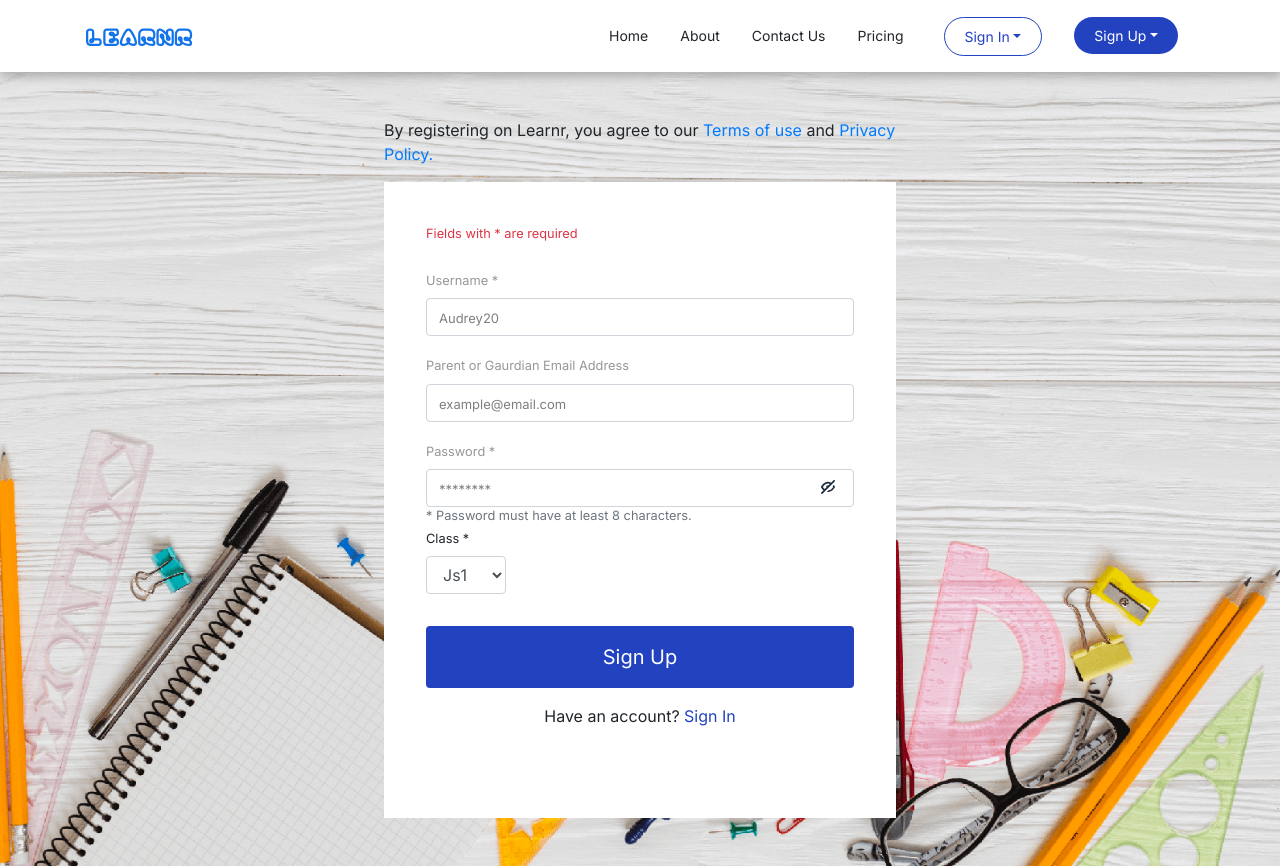
Repository: LearnrApp/Learnr-web-app-FE
Page: /students/signup
These files come from the project's save history. The page is drawn as it stood at one moment and after the next save; the edit follows.
The browser window is 1280 px wide. The pictures show the whole page.
The project was rebuilt for these pictures with package versions that can differ from the ones it lists, and the page was loaded fresh each time. Also part of the build but not shown: src/components/Footer.js, src/components/Header/Button.js, src/components/Header/Background.js, src/components/SubjectCard.js, src/components/classSelect/WelcomeJs1.js, src/components/classSelect/WelcomeJs2.js, src/components/classSelect/WelcomeJs3.js, src/components/classSelect/WelcomeSs1.js and 43 more.

Above is the page before, as saved 2020-08-13 11:53:40.

### public/index.html
<!DOCTYPE html>
<html lang="en">
  <head>
    <meta charset="utf-8" />
    <link rel="icon" href="%PUBLIC_URL%/favicon.svg" />
    <meta name="viewport" content="width=device-width, initial-scale=1" />
    <!-- <meta name="theme-color" content="#000000" /> -->
    <!-- <meta
      name="description"
      content="Web site created using create-react-app"
    /> -->
    <!-- <link rel="apple-touch-icon" href="%PUBLIC_URL%/logo192.png" /> -->
    <link href="https://fonts.googleapis.com/css2?family=Inter:wght@400;500;600;700;800&display=swap" rel="stylesheet">
    <!--
      manifest.json provides metadata used when your web app is installed on a
      user's mobile device or desktop. See https://developers.google.com/web/fundamentals/web-app-manifest/
    -->
    <link rel="manifest" href="%PUBLIC_URL%/manifest.json" />
    <!--
      Notice the use of %PUBLIC_URL% in the tags above.
      It will be replaced with the URL of the `public` folder during the build.
      Only files inside the `public` folder can be referenced from the HTML.

      Unlike "/favicon.ico" or "favicon.ico", "%PUBLIC_URL%/favicon.ico" will
      work correctly both with client-side routing and a non-root public URL.
      Learn how to configure a non-root public URL by running `npm run build`.
    -->
    <!-- <title>React App</title> -->
  </head>
  <body>
    <noscript>You need to enable JavaScript to run this app.</noscript>
    <div id="root"></div>
    <!--
      This HTML file is a template.
      If you open it directly in the browser, you will see an empty page.

      You can add webfonts, meta tags, or analytics to this file.
      The build step will place the bundled scripts into the <body> tag.

      To begin the development, run `npm start` or `yarn start`.
      To create a production bundle, use `npm run build` or `yarn build`.
    -->
  </body>
</html>

### src/pages/student/StudentSignup.js
import React, {useState} from 'react'
import Helmet from 'react-helmet'
import NavBar from '../../components/navbar/NavBar'
import Form from 'react-bootstrap/Form'
import Button from 'react-bootstrap/Button'
import '../../styles/Sign.css'
import { Link } from 'react-router-dom'
import { StudentRegister } from '../../components/Utils/RegisterUtils'


const StudentSignup = () => {
  const register = async (e) => {
    e.preventDefault()
    const username = document.getElementById('username').value
    const password = document.getElementById('password').value
    const pEmail = document.getElementById('parentEmail').value
    const statusMessage = document.getElementById('status-message')
    const id = document.getElementById('classes').value
    const idValue = document.getElementById('classes').option
    console.log(idValue)

    // const form = document.getElementById('registerStudent')
    if(username === '' && password === '') {
      statusMessage.innerHTML = 'Please fill all required fields'
      statusMessage.classList.remove('msg-show')
      statusMessage.classList.add('error-message')
      setTimeout(() => {
        statusMessage.classList.add('msg-show')
        statusMessage.classList.remove('error-message')
      }, 4000)
    } else if(username === '' || password === '') {
      statusMessage.innerHTML = 'Please fill all required fields'
      statusMessage.classList.remove('msg-show')
      statusMessage.classList.add('error-message')
      setTimeout(() => {
        statusMessage.classList.add('msg-show')
        statusMessage.classList.remove('error-message')
      }, 4000)
    } else {
      const studentData = {
        'username': username,
        'parentEmail': pEmail,
        'password': password,
        'classSelect': idValue
      }

      // let addValidation = true
      // if(form.checkValidity() === false) {
      //   e.preventDefault()
      //   e.stopPropagation()
      // } else if(form.checkValidity()) {
      //   e.preventDefault()
      // }

      try {
        const { data } = await StudentRegister(studentData, id)
        if (data.status === 'error: user-exists') {
          statusMessage.innerHTML = data.msg
          statusMessage.classList.remove('msg-show')
          statusMessage.classList.add('error-message')
          setTimeout(() => {
            statusMessage.classList.add('msg-show')
            statusMessage.classList.remove('error-message')
          }, 4000)
        } else if(data.status === 'success') {
            console.log(data)
            statusMessage.innerHTML = data.msg
            statusMessage.classList.remove('msg-show')
            statusMessage.classList.add('success-message')
          // redirect to login page
          setTimeout(() => {
            statusMessage.classList.add('msg-show')
            window.location.replace('/students/signin')
          }, 3000)
        }
      } catch(err) {
          throw err
      }
      // if (addValidation) {
      //   form.classList.add('was-validated');
      // }
    }
  }

  const [passwordShown, setPasswordShown] = useState(false);
  const togglePasswordVisiblity = () => {
    setPasswordShown(passwordShown ? false : true);
  };
  const documentTitle = 'Learnr | Student Sign Up'

  return (
    <React.Fragment>
      <Helmet>
        <title>{documentTitle}</title>
        <meta
          name="description"
          content="Student Sign up Page."
        />
      </Helmet>
      <NavBar />
      <div className="sign-bg-2 container-fluid px-0">
        <div className="container py-5">
          <div className="mx-auto signup-form--wrap">
          <p className="mx-auto">
            By registering on Learnr, you agree to our <Link className="" to="/terms-of-use">Terms of use</Link> and <Link className="" to="/privacy-policy">Privacy Policy.</Link>
          </p>
            <div className="bg-white signup-form">
              <span className="text-danger small mb-4 d-block">Fields with * are required</span>
              <Form id="registerStudent" className="">
                {/* <Form.Group controlId="formBasicFullName">
                  <Form.Label className="small">Full Name *</Form.Label>
                  <Form.Control type="text" placeholder="Audrey Sam" />
                </Form.Group> */}

                <Form.Group controlId="">
                  <div id="status-message" className="msg-show"></div>
                  <Form.Label style={{color: '#979797'}} className="small">Username *</Form.Label>
                  <Form.Control id="username" type="text" placeholder="Audrey20" />
                </Form.Group>

                <Form.Group controlId="">
                  <Form.Label style={{color: '#979797'}} className="small">Parent or Gaurdian Email Address</Form.Label>
                  <Form.Control id="parentEmail" type="email" placeholder="example@email.com" />
                </Form.Group>

                <Form.Group className="m-0" controlId="">
                  <Form.Label style={{color: '#979797'}} className="small">Password *</Form.Label>
                  <Form.Control id="password" type={passwordShown ? "text" : "password"} placeholder="********" minLength='8' />
                  <img onClick={togglePasswordVisiblity} className="togglePassword" src={require('../../images/eye-hide.svg')} alt="" />
                  <Form.Text className="text-muted" style={{marginTop: '-25px'}}>
                    * Password must have at least 8 characters.
                  </Form.Text>
                </Form.Group>
                {/* <Form.Group controlId="formBasicCheckbox">
                  <Form.Check className="small" type="checkbox" label="Show password" />
                </Form.Group> */}

                <div className="d-flex justify-content-between">
                  {/* <Form.Group controlId="sex.ControlSelect">
                    <Form.Label className="small">Sex *</Form.Label>
                    <Form.Control as="select">
                      <option>Female</option>
                      <option>Male</option>
                      <option>Prefer not to say</option>
                    </Form.Control>
                  </Form.Group> */}
                  <Form.Group controlId="class.ControlSelect">
                    <label className="small text-right">Class *</label>
                    <select id="classes" className="form-control">
                      <option value="5f3380f4a21afc4bbccf84a0">Js1</option>
                      <option>Js 2</option>
                      <option>Js 3</option>
                      <option>Ss 1</option>
                      <option>Ss 2</option>
                      <option>Ss 3</option>
                    </select>
                  </Form.Group>
                </div>
                <Button onClick={(e) => register(e)} style={{fontSize: '20px'}} className="general-btn-2 my-3 py-3" type="submit">
                  Sign Up
                </Button>
              </Form>
              <span className="text-center d-block pb-5">Have an account? <Link style={{color: '#2342C0'}} to="/students/signin">Sign In</Link></span>
            </div>
          </div>
        </div>
      </div>
    </React.Fragment>
  )
}

export default StudentSignup

### src/styles/Sign.css
* {
  font-family: 'Inter', sans-serif;
}
@import url('https://fonts.googleapis.com/css2?family=Inter:wght@400;500;600;700;800&display=swap');

.demo-category {
  font-weight: 700 !important;
  color: #212429;
  font-size: 24px;
}
.sign-bg {
  background-image: url(../images/sign-bg.png);
  background-repeat: no-repeat;
  background-size: cover;
  padding-top: 70px;
  padding-bottom: 30px;
  height: max-content;
}
.sign-bg-2 {
  background-image: url(../images/sign-bg.png);
  background-repeat: no-repeat;
  background-size: cover;
  padding-top: 70px;
  height: max-content;
}
.admin-bg {
  background-image: linear-gradient(rgba(0, 0, 0, 0.5), rgba(0, 0, 0, 0.5)), url(../images/admin-bg.jpg);
  background-repeat: no-repeat;
  background-size: cover;
  margin-top: 70px;
  height: 100vh;
}
.signup-form--wrap {
  width: 40vw;
  max-width: 576px;
}
.signup-form {
  padding: 42px;
  animation-name: slide-down;
  animation-duration: 1.5s;
  transition-timing-function: ease-out;
}
@keyframes slide-down {
  from{transform: translateY(-1200px);}
  to{transform: translateY(0);}
}
.hLine {
  display: inline-block;
  height: 2px;
  width: 11vw;
  max-width: 180px;
  background-color: #E5E5E5;
}
.track-text {
  font-size: 18px;
  font-weight: 800 !important;
  text-align: center;
}
.togglePassword {
  position: relative;
  left: 92%;
  top: -33px;
  cursor: pointer;
}
.general-btn-2 {
  box-sizing: border-box !important;
  background-color: #2342C0 !important;
  color: #fff;
  border-radius: 4px !important;
  width: 100%;
  border: none !important;
}
.general-btn-2:hover {
  color: #2342C0 !important;
  background-color: #fff !important;
  border: 1px solid #2342C0 !important;
  font-weight: 500 !important;
}
::placeholder {
  color: #000 !important;
  opacity: 0.5 !important;
}
@media (max-width: 991px) {
  .signup-form--wrap {
    width: 50vw;
  }
  .hLine {
    width: 14vw;
  }
}
@media (max-width: 768px) {
  .signup-form--wrap {
    width: 65vw;
  }
  .hLine {
    width: 18vw;
  }
}
@media (max-width: 576px) {
  .signup-form--wrap {
    width: 80vw;
  }
  .hLine {
    width: 23vw;
  }
}
@media (max-width: 480px) {
  .signup-form--wrap {
    width: 90vw;
  }
  .signup-form {
    padding: 20px !important;
  }
  .hLine {
    width: 28vw;
  }
}

### src/styles/UserDashboard.css
* {
  font-family: 'Inter', sans-serif;
}
@import url('https://fonts.googleapis.com/css2?family=Inter:wght@400;500;600;700;800&display=swap');

.dash-wrap {
  margin-top: 70px;
  /* background-color: #F6F6F6; */
  background-image: linear-gradient(#F6F6F6, #F6F6F6);
  background-size: cover;
  height: max-content;
}
.sidebar--wrap {
  background-color: #363740;
  background-size: cover;
  position: fixed;
  height: 100vh;
  width: 18vw ;
}
.sidebar--item {
  cursor: pointer
}
.sidebar--item--active {
  cursor: pointer;
  background-color: #F6F6F6;
}
.sidebar--item:hover {
  background-color: #F6F6F6;
}
.sidebar--greet {
  border-bottom: 1px solid #fff;
}
.main--wrap {
  margin-left: 18vw;
}
.info-wrap {
  border-bottom: 1px solid #E5E5E5;
}
.logout-link {
  display: none;
}
.my-courses-wrap {
  display: grid !important;
  grid-template-columns: 1fr 1fr;
  grid-gap: 10px;
}
.bottom-navigate {
  display: none;

}
.bottom-nav {
  padding: 8px 12px;
}
.bottom-text {
  font-size: 0.9rem;
  color: #A4A6B3;
}
.bottom-icon{
  margin-right: 16px;
}
.all-courses {
  display: flex;
  justify-content: space-between;
}
.addchild-btn {
  background-color: #2342C0;
  color: #fff;
  border-radius: 20px;
  padding: 8px 32px;
  text-decoration: none !important;

}
.addchild-btn:hover {
  color: #2342C0;
  animation-name: fade-bgbtn;
  animation-duration: 0.5s;
  animation-fill-mode: forwards;
  border: 1px solid #2342C0;
}
.admin-message-bubble {
  background-color: #2342C0;
  width: fit-content;
  padding: 15px 20px;
  margin: 20px 0;
  border-radius: 10px 10px 10px 0;
  margin-right: auto;
}
.user-message-bubble {
  background-color: #403D58;
  width: fit-content;
  padding: 15px 20px;
  margin: 20px 0;
  border-radius: 10px 10px 0px 10px;
  margin-left: auto;
}
.messaging-area {
  margin-left: 18vw !important;
}
.message-input {
  border: none;
  border-radius: 4px;
}
input.message-input:focus {
  box-shadow: transparent !important;
  border: transparent !important;
}
.profile-items {
  padding: 10px 24px;
  font-size: 15px;
}
.upload-photo {
  color: #2342C0 !important;
  border: 1px solid #2342C0;
  cursor: pointer;
  margin-top: 7px;
  border-radius: 20px;
  padding-right: 10px !important;
  padding-left: 10px !important;
}
.child-select {
  color: #fff !important;
  background-color: #2342C0;
  cursor: pointer;
  margin-top: 7px;
  border-radius: 20px;
  padding-right: 20px !important;
  padding-left: 20px !important;
}
.child-select-disabled {
  color: #212429 !important;
  background-color: #D3D4D8;
  cursor: pointer;
  margin-top: 7px;
  border-radius: 20px;
  padding-right: 20px !important;
  padding-left: 20px !important;
}
.upload-photo--modal {
  width: 50vw;
  background-color: #fff !important;
  padding: 20px 0;
  border: none !important;
  margin: 20vw auto;
}
.inputfile-4 + label {
  color: #363740;
}

.inputfile-4 + label figure {
  width: 100px;
  height: 100px;
  border-radius: 50%;
  display: block;
  padding: 20px;
  margin: 0 auto 10px;
}
.inputfile-4 + label svg {
  width: 100%;
  height: 100%;
  fill: #fff;
}
.upload-input {
  color: #2342C0;
  background-color: #fff;
  border: 1px solid #2342C0;
  border-radius: 20px !important;
  padding: 7px;
  margin: 10px auto;
}
.upload-btn {
  background-color: #2342C0;
  color: #fff;
  border: none;
  border-radius: 20px !important;
  padding: 8px 15px;
  text-decoration: none !important;
  margin: 10px auto;
}
.sub-wrap {
  display: grid;
  grid-template-columns: repeat(auto-fit, minmax(220px, 1fr));
  grid-gap: 20px;
  margin: 20px;
}
@media (max-width: 991px) {
  .all-courses {
    padding-bottom: 70px;
    display: grid ;
    grid-template-columns: 1fr 1fr 1fr;
    grid-gap: 20px;
    justify-items: center;
  }
  .sidebar--wrap {
    width: 24vw;
  }
  .main--wrap {
    margin-left: 24vw;
  }
  .messaging-area {
    margin-left: 24vw !important;
  }
}
@media (max-width: 768px) {
  .sidebar--wrap {
    display: none;
  }
  .main--wrap {
    margin: 0;
  }
  .info-wrap {
    display: flex;
    align-items: center;
    justify-content: space-between;
  }
  .logout-link {
    display: block;
  }
  .my-courses-wrap {
    grid-template-columns: 80vw;
  }
  .bottom-navigate {
    display: block !important;
    filter: drop-shadow(0px -4px 4px rgba(0, 0, 0, 0.25));
  }
  .bottom-icon{
    margin: 0 !important;
  }
  .bottom-nav {
    display: flex;
    flex-direction: column;
    align-items: center;
    padding: 5px 0 !important;
  }
  .bottom-text {
    color: #363740 !important;
  }
  .all-courses {
    padding-bottom: 70px;
    display: grid ;
    grid-template-columns: 1fr 1fr;
    grid-gap: 10px;
    justify-items: center;
  }
  .messaging-area {
    margin: 0 0 55px 0 !important;

  }
}
@media (max-width: 576px) {
  .my-courses-wrap {
    grid-template-columns: 90vw;
  }
  .profile-items--title {
    font-size: 0.9rem;
  }
  .profile-items {
    padding: 12px 0;
    font-size: 14px;
  }
  .profile-items--wrap {
    margin: 0 16px !important;
  }
  .sub-details h5 {
    font-size: 1rem !important;
  }
}
@media (max-width: 425px) {
  .main--wrap {
    height: max-content !important;
    padding-bottom: 70px;
  }
  .all-courses {
    grid-template-columns: 1fr;
  }
}

### src/styles/Topics.scss
@import url('https://fonts.googleapis.com/css2?family=Inter:wght@400;500;600;700;800&display=swap');

.topics-wrap {
  padding-top: 70px;
  .topic-subject {
    color: #212429;
    font-size: 24px;
    font-weight: 600;
    padding: 20px 0;
  }
  .topics-list-wrap {
    margin-bottom: 40px;
    .topics-term {
      display: block;
      padding: 15px 0;
      font-weight: 600;
    }
    .topics-list {
      .topics-item {
        display: flex;
        justify-content: space-between;
        align-items: center;
        padding: 10px 0;
        border-top: 1px solid #F0F1F3;
        border-bottom: 1px solid #F0F1F3;
        .topic-link {
          color: #212429;
          margin-right: 20px;
          @media (max-width: 480px) {
            font-size: 14px;
          }
        }
      }
    }
  }
}
h4.topic-subject {
  font-size: 20px;
  margin-bottom: 20px;
}
.recommended-wrap {
  display: grid;
  grid-template-columns: repeat(auto-fit, minmax(280px, 1fr));
  grid-gap: 30px;
  place-items: center;
}

Loaded but not shown: src/styles/bootstrap.css (library); src/serviceWorker.js (common file); src/App.js (42 lines, source omitted); src/components/navbar/NavBar.js (37 lines, source omitted); src/components/Utils/RegisterUtils.js (43 lines, source omitted); src/index.js (17 lines, source omitted); src/styles/Style.css (383 lines, source omitted)

After the next save:
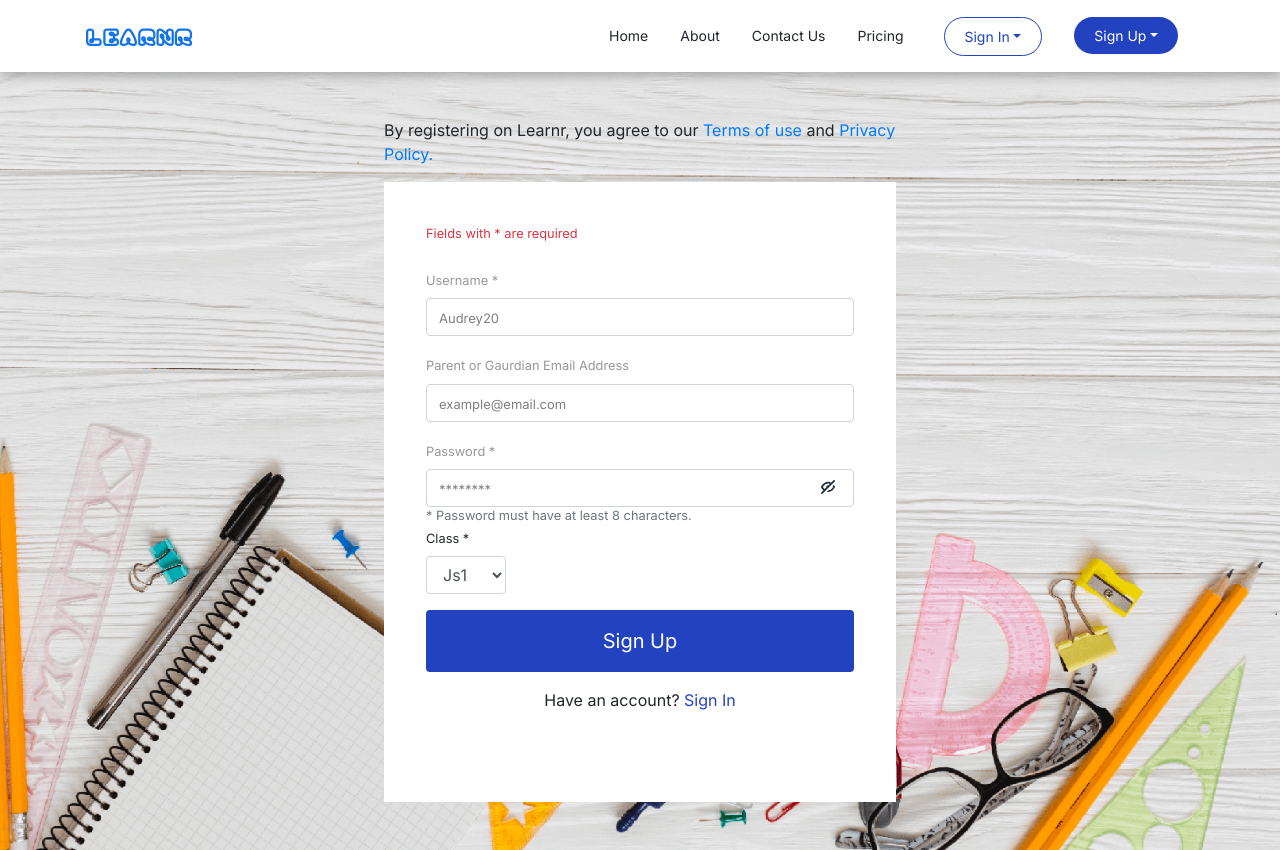
Saved 3 min 55 s later.
--- a/src/pages/student/StudentSignup.js
+++ b/src/pages/student/StudentSignup.js
@@ -144,7 +144,7 @@ const StudentSignup = () => {
                       <option>Prefer not to say</option>
                     </Form.Control>
                   </Form.Group> */}
-                  <Form.Group controlId="class.ControlSelect">
+                  <form id="ControlSelect">
                     <label className="small text-right">Class *</label>
                     <select id="classes" className="form-control">
                       <option value="5f3380f4a21afc4bbccf84a0">Js1</option>
@@ -154,7 +154,7 @@ const StudentSignup = () => {
                       <option>Ss 2</option>
                       <option>Ss 3</option>
                     </select>
-                  </Form.Group>
+                  </form>
                 </div>
                 <Button onClick={(e) => register(e)} style={{fontSize: '20px'}} className="general-btn-2 my-3 py-3" type="submit">
                   Sign Up
